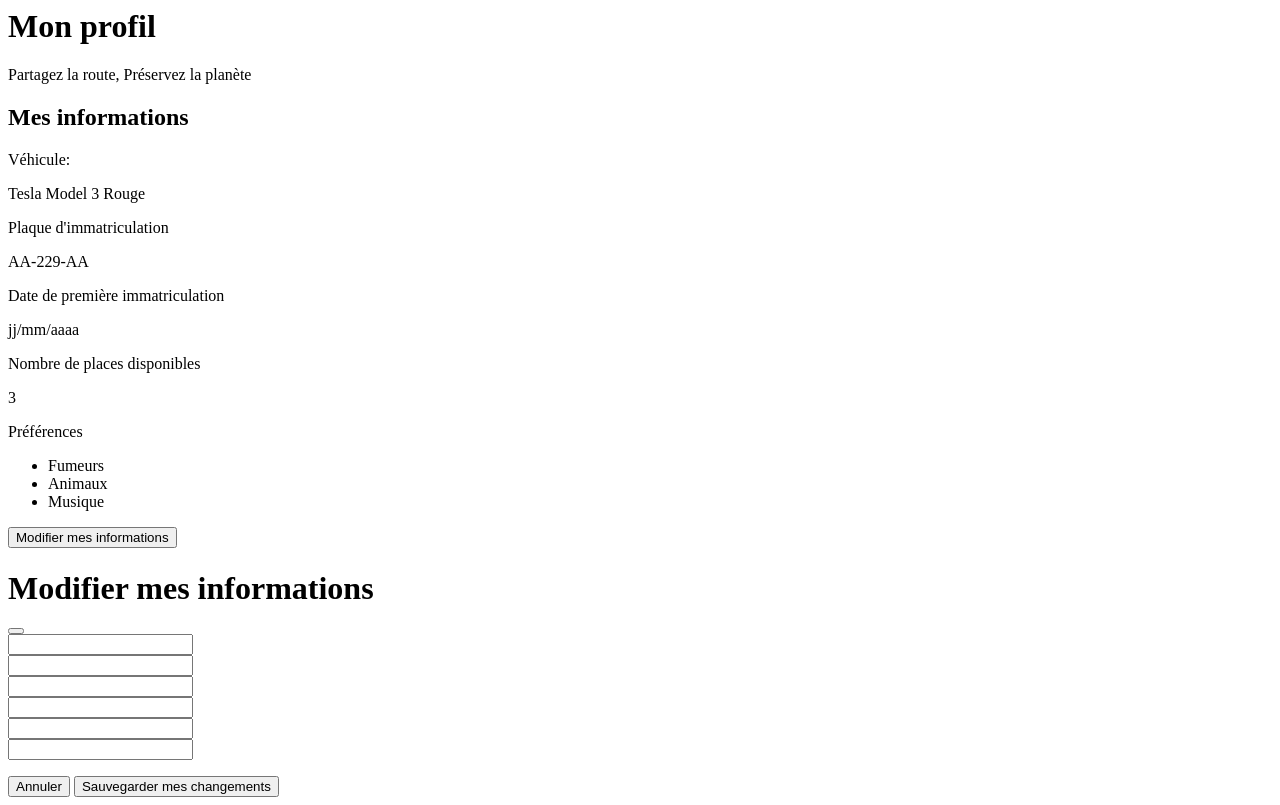
Repository: lemonhao9/ECF
Page: pages/auth/profile.html
The author's editor kept a copy of each file at every save. The page is drawn from the files as they stood at one save, then again after the next save.
The browser window is 1280 px wide. The pictures show the whole page.

Above is the page before, as saved 2025-02-14 11:59:02.

### pages/auth/profile.html
<div class="hero-scene text-center text-secondary">
    <div class="hero-scene-content">
        <h1>Mon profil</h1>
        <p>Partagez la route, Préservez la planète</p>
    </div>
</div>

<div class="container mt-4">
    <div class="card text-center">
        <div>
            <h2 class="text-secondary">Mes informations</h2>
        </div>
        <div>
            <p>Véhicule:</p><span id="vehicule">Tesla Model 3 Rouge</span>
            <p>Plaque d'immatriculation</p><span id="plaque">AA-229-AA</span>
            <p>Date de première immatriculation</p><span id="dateImmat">jj/mm/aaaa</span>
            <p>Nombre de places disponibles</p><span id="placeDisp">3</span>
            <p>Préférences</p>
            <ul>
                <li id="fumeurs">Fumeurs</li>
                <li id="animaux">Animaux</li>
                <li id="autrePref">Musique</li>
            </ul>
            <!--Bouton qui enclenche une modal pour modifier les informations de l'utilisateur-->
            <button class="btn btn-secondary" data-bs-toggle="modal" data-bs-target="#editmodal">Modifier mes informations</button>
        </div>
    </div>
</div>

<!--La modal-->
<div class="modal fade" id="editmodal" data-bs-backdrop="static" data-bs-keyboard="false" tabindex="-1" aria-labelledby="staticBackdropLabel" aria-hidden="true">
    <div class="modal-dialog">
      <div class="modal-content">
        <div class="modal-header">
          <h1 class="modal-title fs-5" id="staticBackdropLabel">Modifier mes informations</h1>
          <button type="button" class="btn-close" data-bs-dismiss="modal" aria-label="Close"></button>
        </div>
        <div class="modal-body">
          <form>
            <div class="mb-3">
                <label for=""></label>
                <input type="text">
            </div>
            <div class="mb-3">
                <label for=""></label>
                <input type="text">
            </div>
            <div class="mb-3">
                <label for=""></label>
                <input type="text">
            </div>
            <div class="mb-3">
                <label for=""></label>
                <input type="text">
            </div>
            <div class="mb-3">
                <label for=""></label>
                <input type="text">
            </div>
            <div class="mb-3">
                <label for=""></label>
                <input type="text">
            </div>
          </form>
        </div>
        <div class="modal-footer">
          <button type="button" class="btn btn-secondary" data-bs-dismiss="modal">Annuler</button>
          <button type="button" class="btn btn-primary">Sauvegarder mes changements</button>
        </div>
      </div>
    </div>
  </div>

After the next save:
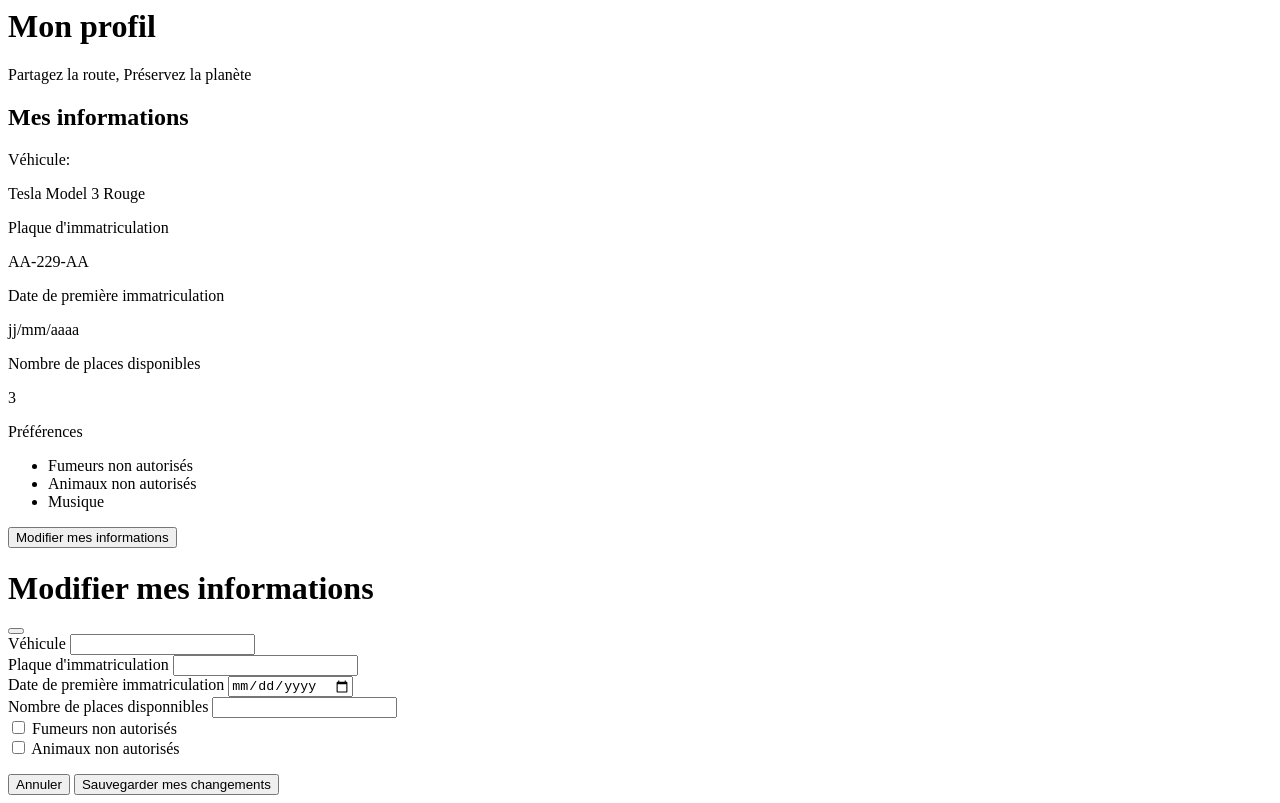
Saved 12 min 47 s later.
--- a/pages/auth/profile.html
+++ b/pages/auth/profile.html
@@ -17,8 +17,8 @@
             <p>Nombre de places disponibles</p><span id="placeDisp">3</span>
             <p>Préférences</p>
             <ul>
-                <li id="fumeurs">Fumeurs</li>
-                <li id="animaux">Animaux</li>
+                <li id="fumeurs">Fumeurs non autorisés</li>
+                <li id="animaux">Animaux non autorisés</li>
                 <li id="autrePref">Musique</li>
             </ul>
             <!--Bouton qui enclenche une modal pour modifier les informations de l'utilisateur-->
@@ -38,28 +38,28 @@
         <div class="modal-body">
           <form>
             <div class="mb-3">
-                <label for=""></label>
-                <input type="text">
+                <label for="vehiculeInput" class="form-label">Véhicule</label>
+                <input type="text" class="form-control" id="vehiculeInput">
             </div>
             <div class="mb-3">
-                <label for=""></label>
-                <input type="text">
+                <label for="plaqueInput" class="form-label">Plaque d'immatriculation</label>
+                <input type="text" class="form-control" id="plaqueInput">
             </div>
             <div class="mb-3">
-                <label for=""></label>
-                <input type="text">
+                <label for="dateImmatInput" class="form-label">Date de première immatriculation</label>
+                <input type="date" class="form-control" id="dateImmatInput">
             </div>
             <div class="mb-3">
-                <label for=""></label>
-                <input type="text">
+                <label for="placesDispInput" class="form-label">Nombre de places disponnibles</label>
+                <input type="number" class="form-control" id="placesDispInput">
             </div>
             <div class="mb-3">
-                <label for=""></label>
-                <input type="text">
+                <input type="checkbox" class="form-check-input" id="fumeursInput">
+                <label for="fumeursInput" class="form-check-label">Fumeurs non autorisés</label>
             </div>
             <div class="mb-3">
-                <label for=""></label>
-                <input type="text">
+                <input type="checkbox" class="form-check-input" id="animauxInput">
+                <label for="animauxInput" class="form-check-label">Animaux non autorisés</label>
             </div>
           </form>
         </div>
